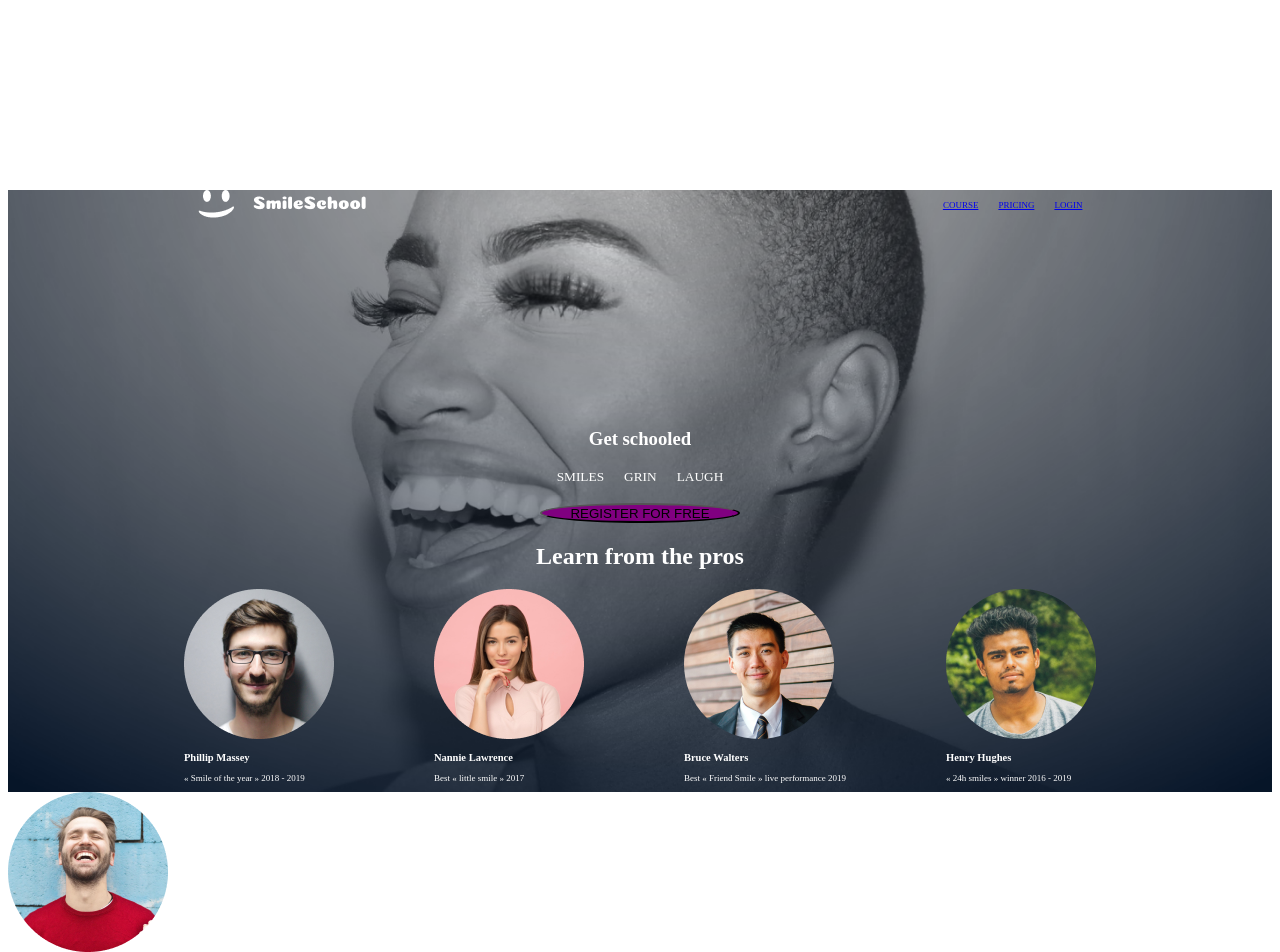
Repository: mwihakiann/alx_html_css
Page: css_advanced/index.html
These files come from the project's save history. The page is drawn as it stood at one moment and after the next save; the edit follows.
The browser window is 1280 px wide. The pictures show the part of the page from y = 0 to 952 px (the page is 3642 px tall).
A picture or video elsewhere on the page could not be fetched, so the positions and the page height are approximate. Some web libraries are served in a nearby version.

Above is the page before, as saved 2025-09-28 18:14:32.

### css_advanced/index.html
<!DOCTYPE html>
<html lang="en">
<head>
  <meta charset="UTF-8">
  <meta name="viewport" content="width=device-width, initial-scale=1.0">
  <script src="https://kit.fontawesome.com/4a2b055604.js" crossorigin="anonymous"></script>
  <title>Document</title>
  <link rel="stylesheet" href="styles.css">
</head>
<body>
    <section class="first-page">
  <header>
    <nav>
      <img src="./images/logo.png" alt="logo">
      <ul>
        <li><a href="#">COURSE</a></li>
        <li><a href="#">PRICING</a></li>
        <li><a href="#">LOGIN</a></li>
      </ul>
    </nav>
  </header>

  <main>
    <section>
      <div class="intro">
        <h1>Get schooled</h1>
        <div class="horizontal-stack">
        <span>SMILES</span>
        <span>GRIN</span>
        <span>LAUGH</span>
        </div>
        <br>
        <button class="register">REGISTER FOR FREE</button>
      </div>
      <div class="learn-from-pros">
        <h2>Learn from the pros</h2>
        <div class="pros">
          <div>
            <img src="./images/1.png" alt="">
            <h3>Phillip Massey</h3>
            <p>« Smile of the year » 2018 - 2019</p>
          </div>
          <div>
            <img src="./images/3.png" alt="">
            <h3>Nannie Lawrence</h3>
            <p>Best « little smile » 2017</p>
          </div>
          <div>
            <img src="./images/2.png" alt="" class="bruce">
            <h3>Bruce Walters</h3>
            <p>Best « Friend Smile » live performance 2019</p>
          </div>
          <div>
            <img src="./images/4.png" alt="">
            <h3>Henry Hughes</h3>
            <p>« 24h smiles » winner 2016 - 2019</p>
          </div>
        </div>
      </div>
    </section>
</section>

    <section>
      <div>
        <img src="./images/5.png" alt="image">
      </div>
      <div>
        <blockquote>« Those tutorials are concise and go straight to the point. I can’t think of a better place to learn smiling. And it’s so fun!</blockquote>
        <h3>NAME</h3>
        <p>weather presenter</p>
      </div>
    </section>

    <section>
      <h2>Most popular tutorials</h2>

      <div class="tutorial-card">
        <img src="./images/9.png" alt="Diagonal Smile">
        <img src="./images/play.png" alt="play button" class="play-btn">
        <h3>Diagonal Smile</h3>
        <p>Lorem ipsum dolor sit amet, consect adipiscing elit, sed do eiusmod.</p>
        <div>
          <img src="./images/1 (3).png" alt="">
          <h4>Phillip Massey</h4>
        </div>
        <div>
          <div><i class="fa-solid fa-star"></i></div>
          <div><i class="fa-solid fa-star"></i></div>
          <div><i class="fa-solid fa-star"></i></div>
          <div><i class="fa-solid fa-star"></i></div>
          <div><i class="fa-solid fa-star"></i></div>
        </div>
        <p>8 min</p>
      </div>

      <div class="tutorial-card">
        <img src="./images/6.png" alt="Happy Smile">
        <img src="./images/play.png" alt="play button" class="play-btn">
        <h3>Happy Smile</h3>
        <p>Lorem ipsum dolor sit amet, consect adipiscing elit, sed do eiusmod.</p>
        <div>
          <img src="./images/1 (3).png" alt="">
          <h4>Phillip Massey</h4>
        </div>
        <div>
          <div><i class="fa-solid fa-star"></i></div>
          <div><i class="fa-solid fa-star"></i></div>
          <div><i class="fa-solid fa-star"></i></div>
          <div><i class="fa-solid fa-star"></i></div>
          <div><i class="fa-solid fa-star"></i></div>
        </div>
        <p>8 min</p>
      </div>

      <div class="tutorial-card">
        <img src="./images/8.png" alt="Natural Smile">
        <img src="./images/play.png" alt="play button" class="play-btn">
        <h3>Natural Smile</h3>
        <p>Lorem ipsum dolor sit amet, consect adipiscing elit, sed do eiusmod.</p>
        <div>
          <img src="./images/1.png" alt="">
          <h4>Phillip Massey</h4>
        </div>
        <div>
          <div><i class="fa-solid fa-star"></i></div>
          <div><i class="fa-solid fa-star"></i></div>
          <div><i class="fa-solid fa-star"></i></div>
          <div><i class="fa-solid fa-star"></i></div>
          <div><i class="fa-solid fa-star"></i></div>
        </div>
        <p>8 min</p>
      </div>

      <div class="tutorial-card">
        <img src="./images/7.png" alt="Sad Smile">
        <img src="./images/play.png" alt="play button" class="play-btn">
        <h3>Sad Smile</h3>
        <p>Lorem ipsum dolor sit amet, consect adipiscing elit, sed do eiusmod.</p>
        <div>
          <img src="./images/1.png" alt="">
          <h4>Phillip Massey</h4>
        </div>
        <div>
          <div><i class="fa-solid fa-star"></i></div>
          <div><i class="fa-solid fa-star"></i></div>
          <div><i class="fa-solid fa-star"></i></div>
          <div><i class="fa-solid fa-star"></i></div>
          <div><i class="fa-solid fa-star"></i></div>
        </div>
        <p>8 min</p>
      </div>
    </section>

    <section>
      <h2>Free membership</h2>
      <div>
        <img src="./images/smile.png" alt="">
        <h3>Lorem Ipsum</h3>
        <p>Lorem ipsum dolor sit amet, consectetur adipiscing elit.</p>
      </div>
      <div>
        <img src="./images/smile.png" alt="">
        <h3>Lorem Ipsum</h3>
        <p>Lorem ipsum dolor sit amet, consectetur adipiscing elit.</p>
      </div>
      <div>
        <img src="./images/smile.png" alt="">
        <h3>Lorem Ipsum</h3>
        <p>Lorem ipsum dolor sit amet, consectetur adipiscing elit.</p>
      </div>
      <div>
        <img src="./images/smile.png" alt="">
        <h3>Lorem Ipsum</h3>
        <p>Lorem ipsum dolor sit amet, consectetur adipiscing elit.</p>
      </div>
      <button>REGISTER FOR FREE</button>
    </section>

    <section>
      <h2>F.A.Q</h2>
      <div>
        <div>
          <div>
            <h3>How does this work?</h3>
          </div>
          <div>
            Lorem ipsum dolor sit amet, consectetur adipiscing elit, sed do eiusmod tempor incididunt ut labore et dolore magna aliqua.
          </div>

          <div>
            <h3>How does this work?</h3>
          </div>
          <div>
            Lorem ipsum dolor sit amet, consectetur adipiscing elit, sed do eiusmod tempor incididunt ut labore et dolore magna aliqua.
          </div>
        </div>
        <div>
          <div>
            <h3>How does this work?</h3>
          </div>
          <div>
            Lorem ipsum dolor sit amet, consectetur adipiscing elit, sed do eiusmod tempor incididunt ut labore et dolore magna aliqua.
          </div>
          <div>
            <h3>How does this work?</h3>
          </div>
          <div>
            Lorem ipsum dolor sit amet, consectetur adipiscing elit, sed do eiusmod tempor incididunt ut labore et dolore magna aliqua.
          </div>
        </div>
      </div>
    </section>
  </main>

  <footer>
    <section>
      <div>
        <img src="./images/logo.png" alt="logo">
        <div>
          <i class="fa-brands fa-facebook"></i>
          <i class="fa-brands fa-twitter"></i>
          <i class="fa-brands fa-instagram"></i>
        </div>
      </div>
      <p>©smileschool 2020</p>
    </section>
  </footer>
</body>
</html>

### css_advanced/styles.css
body{
    color: white;
}
nav ul{
    display: flex;
    gap: 20px;
    list-style: none;
    color: white;
    text-decoration: none;
}
nav{
    display: flex;
    justify-content: space-between;
    align-items: center;
    margin: 15%;
    font-size: xx-small;
}
.first-page{
    background-image: url(./images/Object.png);
    background-size: cover;
    background-position: center;
    color: white;
}
.intro{
    display: flex;
    flex-direction: column;
    justify-content: center;
    align-items: center;
    gap: 0;
}
h1{
    font-size: 40;
}
.register{
    background-color: purple;
    width: 200px;
    height:20px;
    border-radius: 50%;
    gap: 100px;
}
.learn-from-pros{
    display: flex;
    flex-direction: column;
    justify-content: center;
    align-items: center;
    font-size: medium;
}
.pros{
    display: flex;
    font-size:xx-small;
    gap: 100px;
}
.bruce{
    width: 150px;
    height: 150px;
    border-radius: 50%;
    object-fit: cover;
}
.horizontal-stack{
   display: flex;
    gap: 20px;
    font-size: smaller;
}
.tutorial-card {
    position: relative;
    display: inline-block;
    margin: 20px;
  }

  .tutorial-card img {
    display: block;
  }

  .tutorial-card .play-btn {
    position: absolute;
    top: 50px;
    left: 50%;
    transform: translateX(-50 -50%);
    width: 50px;
    height: 50px;
    pointer-events: none;
  }

After the next save:
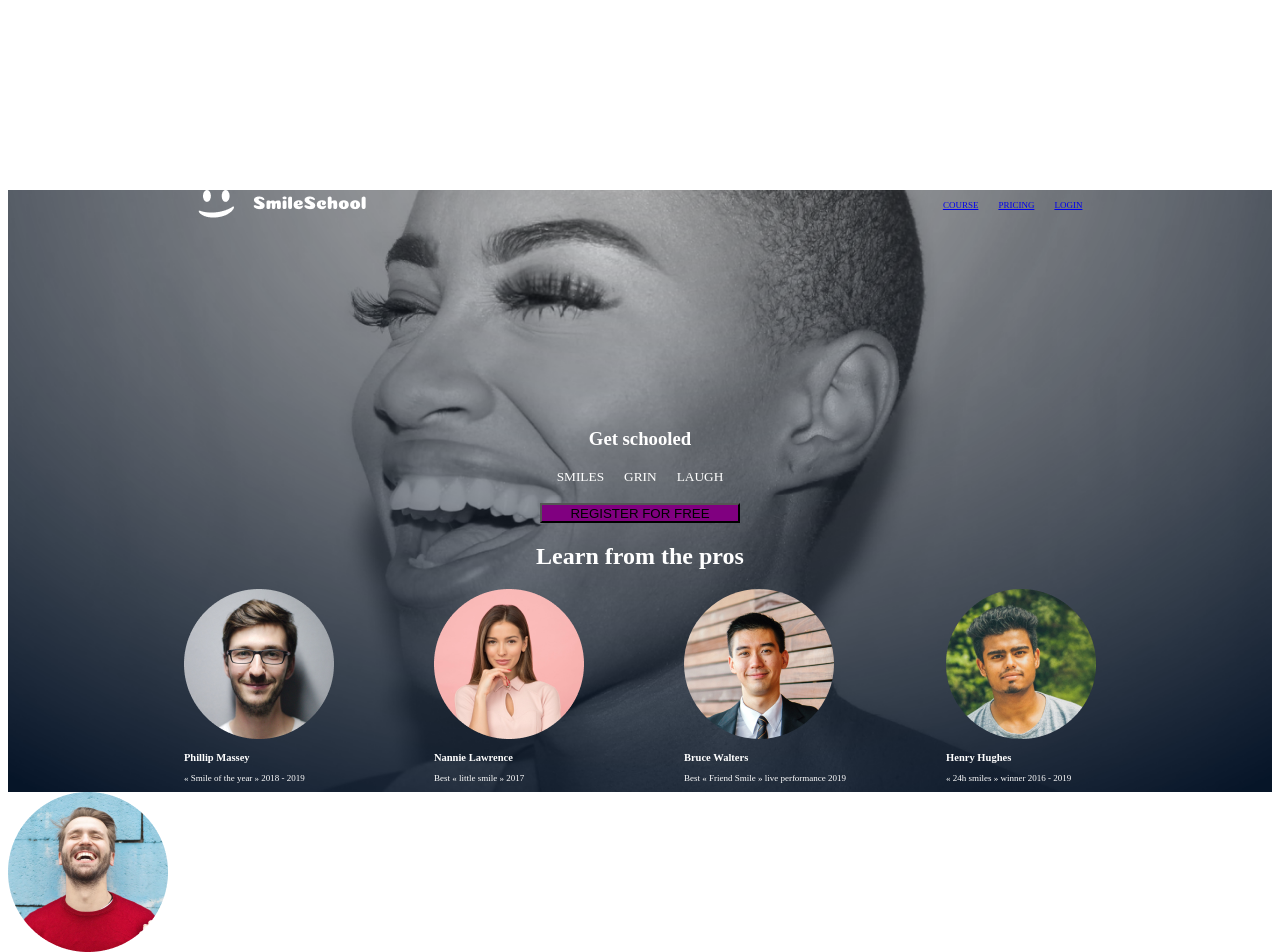
Saved 13 s later.
--- a/css_advanced/styles.css
+++ b/css_advanced/styles.css
@@ -35,7 +35,7 @@
     background-color: purple;
     width: 200px;
     height:20px;
-    border-radius: 50%;
+    border-radius: 0%;
     gap: 100px;
 }
 .learn-from-pros{

After the 2 saves that followed:
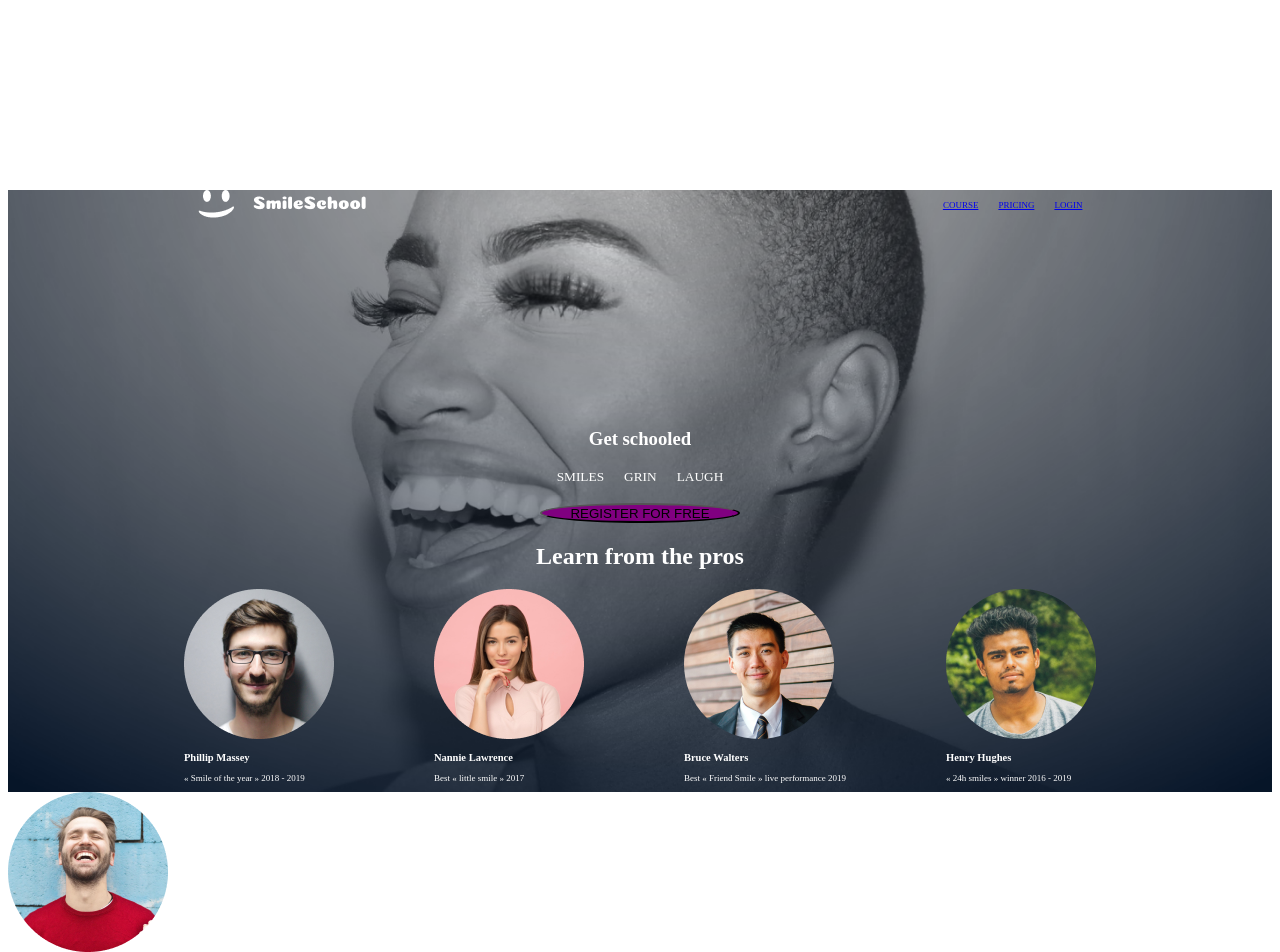
The 2 saves are shown as one change because they came seconds apart.
The last was saved 10 s later.
--- a/css_advanced/styles.css
+++ b/css_advanced/styles.css
@@ -35,7 +35,7 @@
     background-color: purple;
     width: 200px;
     height:20px;
-    border-radius: 0%;
+    border-radius: 80%;
     gap: 100px;
 }
 .learn-from-pros{
